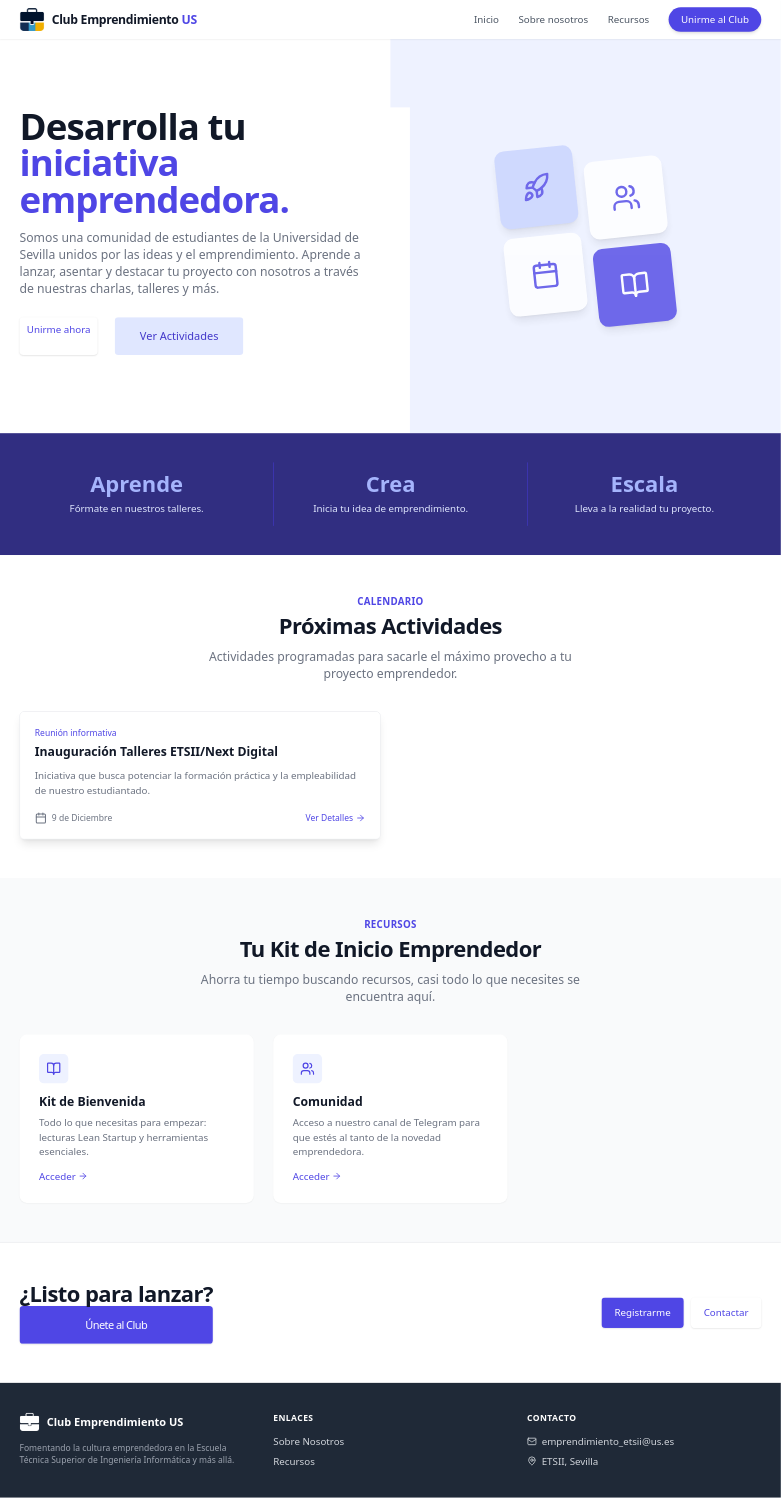
Repository: enerombar/club-emprendimiento-web
Page: /
These files come from the project's save history. The page is drawn as it stood at one moment and after the next save; the edit follows.
The browser window is 1280 px wide. The pictures show the whole page, at 61% of full size.
The project was rebuilt for these pictures with package versions that can differ from the ones it lists, and the page was loaded fresh each time. Also part of the build but not shown: vite.config.js.

Above is the page before, as saved 2025-12-08 01:15:38.

After the next save:
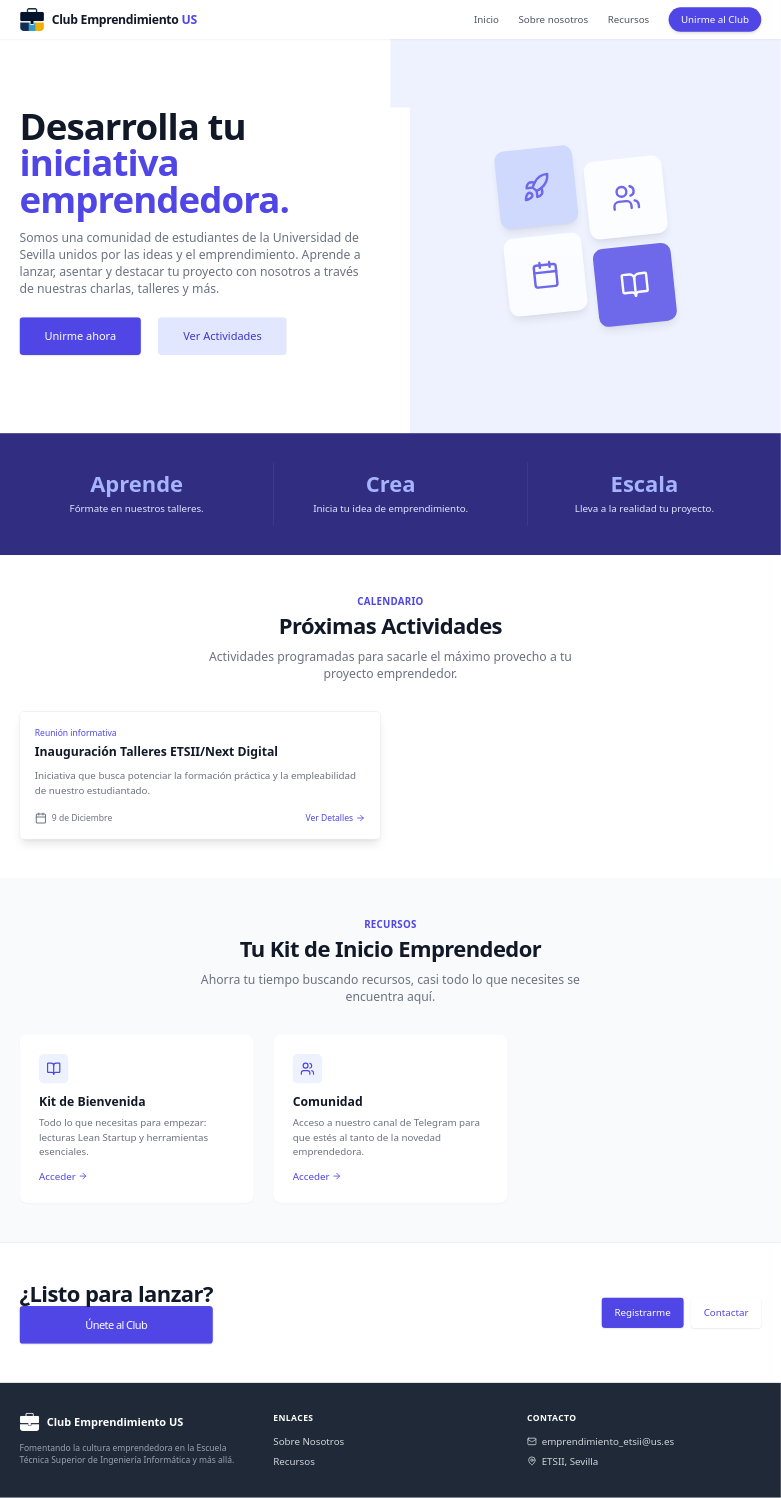
Saved 5 min 55 s later.
--- a/src/App.jsx
+++ b/src/App.jsx
@@ -124,22 +124,23 @@ const ClubEmprendimiento = () => {
                   Somos una comunidad de estudiantes de la Universidad de Sevilla unidos por las ideas y el emprendimiento. Aprende a lanzar, asentar y destacar tu proyecto con nosotros a través de nuestras charlas, talleres y más.
                 </p>
                 <div className="mt-5 sm:mt-8 sm:flex sm:justify-center lg:justify-start gap-4">
-                  <div className="rounded-md shadow">
-                    <a
-                      href={LINK_REGISTRO}
-                      target="_blank"
-                      rel="noopener noreferrer"
-                      className="block px-3 py-2 rounded-md text-base font-medium text-indigo-600 font-bold"
-                    >
-                      Unirme ahora
-                    </a>
-                  </div>
-                  <div className="mt-3 sm:mt-0 sm:ml-3">
-                    <a href="#actividades" className="w-full flex items-center justify-center px-8 py-3 border border-transparent text-base font-medium rounded-md text-indigo-700 bg-indigo-100 hover:bg-indigo-200 md:py-4 md:text-lg md:px-10">
-                      Ver Actividades
-                    </a>
-                  </div>
-                </div>
+  <div className="rounded-md shadow">
+    <a
+      href={LINK_REGISTRO}
+      target="_blank"
+      rel="noopener noreferrer"
+      // AQUÍ ESTABA EL ERROR: He vuelto a poner las clases de botón grande y relleno
+      className="w-full flex items-center justify-center px-8 py-3 border border-transparent text-base font-medium rounded-md text-white bg-indigo-600 hover:bg-indigo-700 md:py-4 md:text-lg md:px-10"
+    >
+      Unirme ahora
+    </a>
+  </div>
+  <div className="mt-3 sm:mt-0 sm:ml-3">
+    <a href="#actividades" className="w-full flex items-center justify-center px-8 py-3 border border-transparent text-base font-medium rounded-md text-indigo-700 bg-indigo-100 hover:bg-indigo-200 md:py-4 md:text-lg md:px-10">
+      Ver Actividades
+    </a>
+  </div>
+</div>
               </div>
             </main>
           </div>
